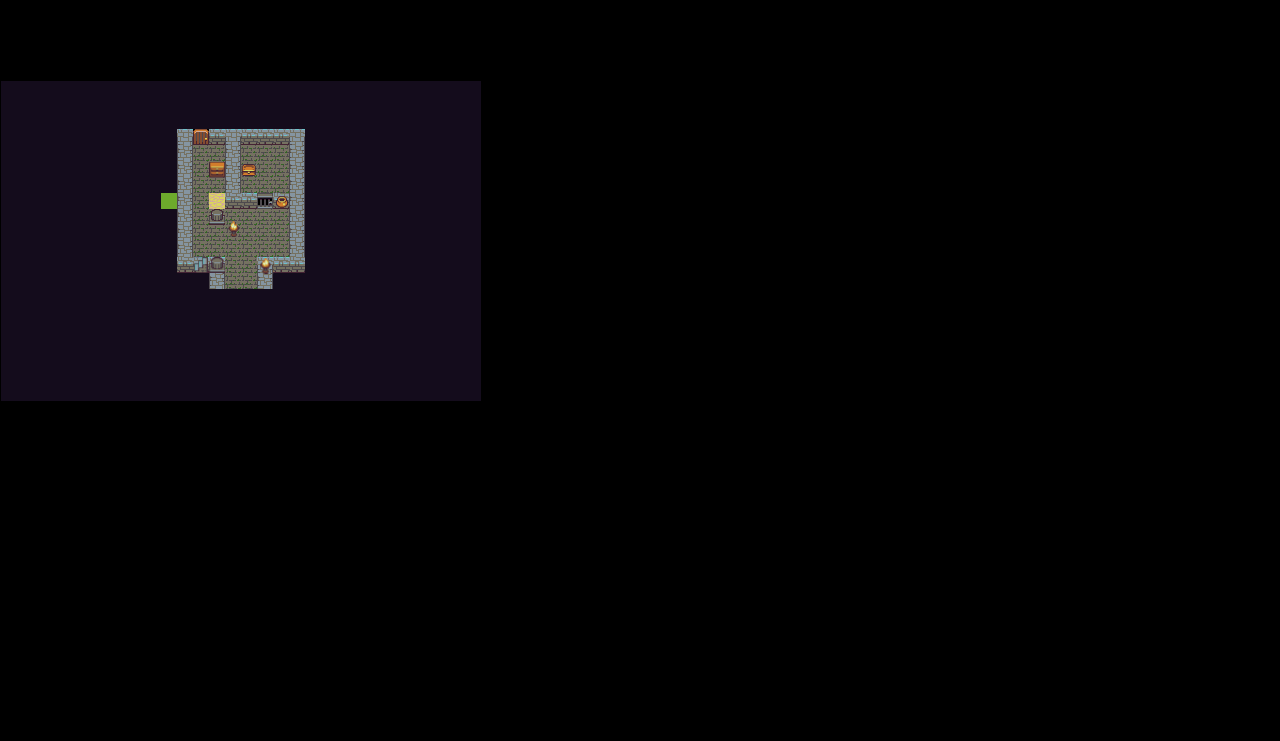
Repository: Arifindepayjr1/RPG_GAMES
Page: / (app in pixel2d_game/)
An editor plug-in stored every save of this project. The page is shown before and after a run of saves, followed by the edit.
The browser window is 1280 px wide. The pictures show the whole page.
The project was rebuilt for these pictures with package versions that can differ from the ones it lists, and the page was loaded fresh each time. Also part of the build but not shown: pixel2d_game/vite.config.js.

Above is the page before, as saved 2025-03-19 00:20:32.

### pixel2d_game/src/App.jsx
import React from 'react';
import Tilemap3 from '../src/component/tilemap3';
import './App.css'; // Optional: for styling

function App() {
  return (
    <div className="App">
      <h1>Tilemap3 Test</h1>
      <Tilemap3 />
    </div>
  );
}

export default App;

### pixel2d_game/src/component/tilemap3.jsx
import React, { useEffect, useRef, useMemo } from 'react';
import tilemapImage from "./asset/assets/tilemap1asset.png";

const Tilemap3 = () => {
  const canvasRef = useRef(null);
  const TILE_SIZE = 16;

const rawMap = [
    23, 23, 23, 23, 23, 23, 23, 23, 23, 23, 23, 23, 23, 23, 23, 23, 23, 23, 23, 23, 23, 23, 23, 23, 23, 23, 23, 23, 23, 23,
    23, 23, 23, 23, 23, 23, 23, 23, 23, 23, 23, 23, 23, 23, 23, 23, 23, 23, 23, 23, 23, 23, 23, 23, 23, 23, 23, 23, 23, 23,
    23, 23, 23, 23, 23, 23, 23, 23, 23, 23, 23, 23, 23, 23, 23, 23, 23, 23, 23, 23, 23, 23, 23, 23, 23, 23, 23, 23, 23, 23,
    23, 23, 23, 23, 23, 23, 23, 23, 23, 23, 23, 4, 49, 1, 4, 1, 1, 1, 4, 23, 23, 23, 23, 23, 23, 23, 23, 23, 23, 23,
    23, 23, 23, 23, 23, 23, 23, 23, 23, 23, 23, 2, 15, 15, 2, 15, 15, 15, 2, 23, 23, 23, 23, 23, 23, 23, 23, 23, 23, 23,
    23, 23, 23, 23, 23, 23, 23, 23, 23, 23, 23, 2, 15, 15, 2, 15, 15, 15, 2, 23, 23, 23, 23, 23, 23, 23, 23, 23, 23, 23,
    23, 23, 23, 23, 23, 23, 23, 23, 23, 23, 23, 2, 15, 15, 2, 15, 15, 15, 2, 23, 23, 23, 23, 23, 23, 23, 23, 23, 23, 23,
    23, 23, 23, 23, 23, 23, 23, 23, 23, 23, 12, 2, 15, 11, 3, 1, 50, 3, 2, 23, 23, 23, 23, 23, 23, 23, 23, 23, 23, 23,
    23, 23, 23, 23, 23, 23, 23, 23, 23, 23, 23, 2, 15, 15, 15, 15, 15, 15, 2, 23, 23, 23, 23, 23, 23, 23, 23, 23, 23, 23,
    23, 23, 23, 23, 23, 23, 23, 23, 23, 23, 23, 2, 15, 15, 15, 15, 15, 15, 2, 23, 23, 23, 23, 23, 23, 23, 23, 23, 23, 23,
    23, 23, 23, 23, 23, 23, 23, 23, 23, 23, 23, 2, 15, 15, 15, 15, 15, 15, 2, 23, 23, 23, 23, 23, 23, 23, 23, 23, 23, 23,
    23, 23, 23, 23, 23, 23, 23, 23, 23, 23, 23, 3, 1, 4, 15, 15, 4, 1, 3, 23, 23, 23, 23, 23, 23, 23, 23, 23, 23, 23,
    23, 23, 23, 23, 23, 23, 23, 23, 23, 23, 23, 23, 23, 2, 15, 15, 2, 23, 23, 23, 23, 23, 23, 23, 23, 23, 23, 23, 23, 23,
    23, 23, 23, 23, 23, 23, 23, 23, 23, 23, 23, 23, 23, 23, 23, 23, 23, 23, 23, 23, 23, 23, 23, 23, 23, 23, 23, 23, 23, 23,
    23, 23, 23, 23, 23, 23, 23, 23, 23, 23, 23, 23, 23, 23, 23, 23, 23, 23, 23, 23, 23, 23, 23, 23, 23, 23, 23, 23, 23, 23,
    23, 23, 23, 23, 23, 23, 23, 23, 23, 23, 23, 23, 23, 23, 23, 23, 23, 23, 23, 23, 23, 23, 23, 23, 23, 23, 23, 23, 23, 23,
    23, 23, 23, 23, 23, 23, 23, 23, 23, 23, 23, 23, 23, 23, 23, 23, 23, 23, 23, 23, 23, 23, 23, 23, 23, 23, 23, 23, 23, 23,
    23, 23, 23, 23, 23, 23, 23, 23, 23, 23, 23, 23, 23, 23, 23, 23, 23, 23, 23, 23, 23, 23, 23, 23, 23, 23, 23, 23, 23, 23,
    23, 23, 23, 23, 23, 23, 23, 23, 23, 23, 23, 23, 23, 23, 23, 23, 23, 23, 23, 23, 23, 23, 23, 23, 23, 23, 23, 23, 23, 23,
    23, 23, 23, 23, 23, 23, 23, 23, 23, 23, 23, 23, 23, 23, 23, 23, 23, 23, 23, 23, 23, 23, 23, 23, 23, 23, 23, 23, 23, 23
  ];

  const baseLayer = Array(20).fill().map(() => Array(30));
  for (let row = 0; row < 20; row++) {
    for (let col = 0; col < 30; col++) {
      baseLayer[row][col] = rawMap[row * 30 + col];
    }
  }

  // Memoize objects
  const objects = useMemo(() => [
    {"gid": 37, "height": 16, "id": 2, "name": "", "rotation": 0, "type": "", "visible": true, "width": 16, "x": 239.75, "y": 81},
    {"gid": 57, "height": 16, "id": 3, "name": "", "rotation": 0, "type": "", "visible": true, "width": 16, "x": 208.25, "y": 80.5},
    {"gid": 40, "height": 16, "id": 7, "name": "", "rotation": 0, "type": "", "visible": true, "width": 16, "x": 208, "y": 128},
    {"gid": 61, "height": 16, "id": 8, "name": "", "rotation": 0, "type": "", "visible": true, "width": 16, "x": 224.75, "y": 139.75},
    {"gid": 58, "height": 16, "id": 10, "name": "", "rotation": 0, "type": "", "visible": true, "width": 16, "x": 191.25, "y": 176.25},
    {"gid": 40, "height": 16, "id": 11, "name": "", "rotation": 0, "type": "", "visible": true, "width": 16, "x": 208.25, "y": 176.25},
    {"gid": 62, "height": 16, "id": 12, "name": "", "rotation": 0, "type": "", "visible": true, "width": 16, "x": 256.5, "y": 176.5},
    {"gid": 28, "height": 16, "id": 14, "name": "", "rotation": 0, "type": "", "visible": true, "width": 16, "x": 273, "y": 113.25}
  ], []); // Empty dependency array since it’s static

  useEffect(() => {
    const canvas = canvasRef.current;
    const ctx = canvas.getContext('2d');
    const tileset = new Image();
    tileset.src = tilemapImage;

    const tilePositions = {
      12: { x: 48, y: 16 }, 11: { x: 32, y: 16 }, 18: { x: 16, y: 32 }, 22: { x: 80, y: 32 },
      0: { x: 0, y: 16 }, 5: { x: 64, y: 0 }, 8: { x: 112, y: 0 }, 6: { x: 80, y: 0 },
      1: { x: 0, y: 0 }, 2: { x: 16, y: 0 }, 89: { x: 0, y: 176 }, 13: { x: 64, y: 16 },
      77: { x: 64, y: 144 }, 31: { x: 96, y: 48 }, 59: { x: 32, y: 112 }, 60: { x: 48, y: 112 },
      21: { x: 64, y: 32 }, 28: { x: 48, y: 48 }, 57: { x: 112, y: 96 }, 56: { x: 96, y: 96 },
      45: { x: 80, y: 80 }, 54: { x: 80, y: 96 }, 48: { x: 112, y: 80 }, 38: { x: 80, y: 64 },
      36: { x: 64, y: 64 }, 16: { x: 112, y: 16 }, 51: { x: 32, y: 96 }, 19: { x: 32, y: 32 },
      49: { x: 0, y: 96 }, 41: { x: 0, y: 80 }, 42: { x: 16, y: 80 }, 43: { x: 32, y: 80 },
      33: { x: 0, y: 64 }, 25: { x: 0, y: 48 }, 26: { x: 16, y: 48 }, 27: { x: 32, y: 48 },
      35: { x: 32, y: 64 }, 15: { x: 96, y: 16 }, 23: { x: 96, y: 32 }, 24: { x: 64, y: 32 },
      3: { x: 32, y: 0 }, 4: { x: 48, y: 0 }, 50: { x: 16, y: 96 }, 37: { x: 64, y: 64 },
      40: { x: 112, y: 64 }, 58: { x: 0, y: 112 }, 61: { x: 64, y: 112 }, 62: { x: 80, y: 112 }
    };

    const drawMap = () => {
      if (!tileset.complete || tileset.naturalWidth === 0) {
        console.log('Tileset not loaded yet, retrying...');
        setTimeout(drawMap, 100);
        return;
      }

      for (let row = 0; row < 20; row++) {
        for (let col = 0; col < 30; col++) {
          const tileId = baseLayer[row][col];
          const tilePos = tilePositions[tileId] || tilePositions[15];
          ctx.drawImage(
            tileset,
            tilePos.x, tilePos.y,
            TILE_SIZE, TILE_SIZE,
            col * TILE_SIZE, row * TILE_SIZE,
            TILE_SIZE, TILE_SIZE
          );
        }
      }

      objects.forEach(obj => {
        if (obj.visible) {
          const tilePos = tilePositions[obj.gid];
          if (tilePos) {
            const x = Math.floor(obj.x / TILE_SIZE) * TILE_SIZE + (obj.x % TILE_SIZE);
            const y = Math.floor(obj.y / TILE_SIZE) * TILE_SIZE + (obj.y % TILE_SIZE);
            ctx.drawImage(
              tileset,
              tilePos.x, tilePos.y,
              TILE_SIZE, TILE_SIZE,
              x, y,
              TILE_SIZE, TILE_SIZE
            );
          }
        }
      });
    };

    tileset.onload = drawMap;
    tileset.onerror = () => console.error('Failed to load tileset image');

    return () => {};
  }, [baseLayer, objects]);

  return (
    <div>
      <canvas ref={canvasRef} width={480} height={320} style={{ border: '1px solid black' }} />
    </div>
  );
};

export default Tilemap3;

### pixel2d_game/src/App.css
body {
  margin: 0;
  padding: 0;
  background: black;
  height: 100vh;
  overflow: hidden;
}

Loaded but not shown: pixel2d_game/index.html (common file); pixel2d_game/src/main.jsx (common file); pixel2d_game/src/index.css (no stored copy; drawn as an empty file)

After the next 2 saves:
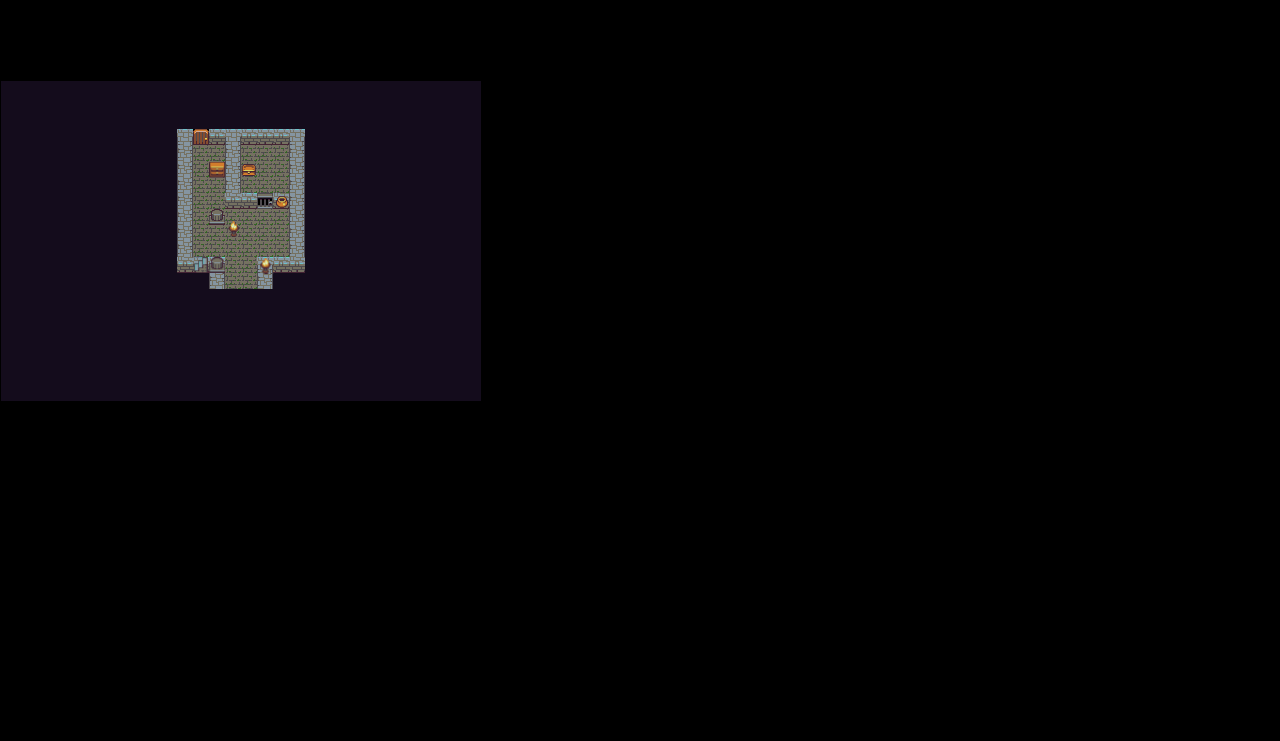
The 2 saves are shown as one change because they came seconds apart.
The last was saved 9 s later.
--- a/pixel2d_game/src/component/tilemap3.jsx
+++ b/pixel2d_game/src/component/tilemap3.jsx
@@ -13,7 +13,7 @@ const rawMap = [
     23, 23, 23, 23, 23, 23, 23, 23, 23, 23, 23, 2, 15, 15, 2, 15, 15, 15, 2, 23, 23, 23, 23, 23, 23, 23, 23, 23, 23, 23,
     23, 23, 23, 23, 23, 23, 23, 23, 23, 23, 23, 2, 15, 15, 2, 15, 15, 15, 2, 23, 23, 23, 23, 23, 23, 23, 23, 23, 23, 23,
     23, 23, 23, 23, 23, 23, 23, 23, 23, 23, 23, 2, 15, 15, 2, 15, 15, 15, 2, 23, 23, 23, 23, 23, 23, 23, 23, 23, 23, 23,
-    23, 23, 23, 23, 23, 23, 23, 23, 23, 23, 12, 2, 15, 11, 3, 1, 50, 3, 2, 23, 23, 23, 23, 23, 23, 23, 23, 23, 23, 23,
+    23, 23, 23, 23, 23, 23, 23, 23, 23, 23, 23, 2, 15, 15, 3, 1, 50, 3, 2, 23, 23, 23, 23, 23, 23, 23, 23, 23, 23, 23,
     23, 23, 23, 23, 23, 23, 23, 23, 23, 23, 23, 2, 15, 15, 15, 15, 15, 15, 2, 23, 23, 23, 23, 23, 23, 23, 23, 23, 23, 23,
     23, 23, 23, 23, 23, 23, 23, 23, 23, 23, 23, 2, 15, 15, 15, 15, 15, 15, 2, 23, 23, 23, 23, 23, 23, 23, 23, 23, 23, 23,
     23, 23, 23, 23, 23, 23, 23, 23, 23, 23, 23, 2, 15, 15, 15, 15, 15, 15, 2, 23, 23, 23, 23, 23, 23, 23, 23, 23, 23, 23,
